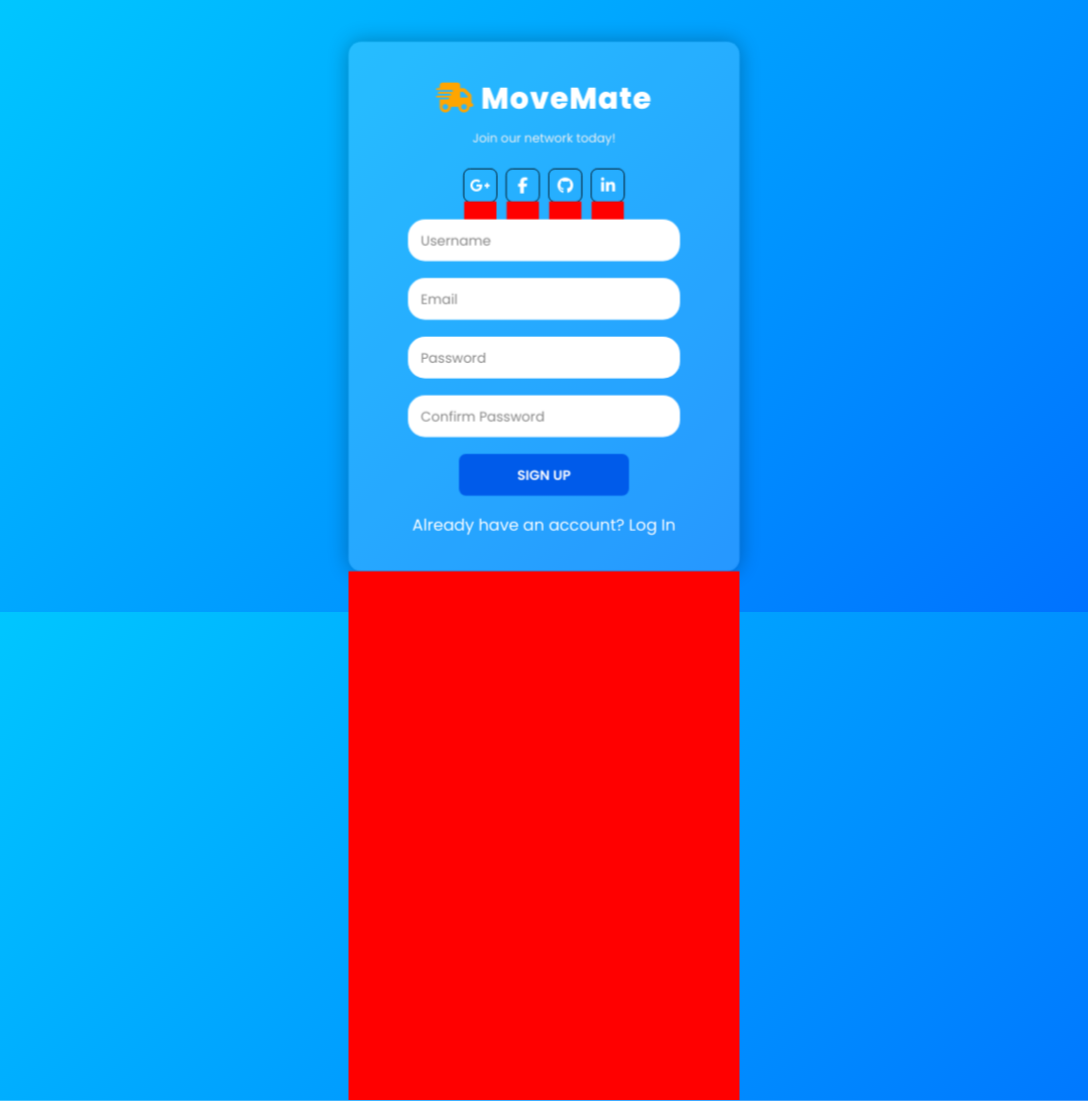
Repository: MoveMate7018/Slokdhorda7014
Page: registration.html
An editor plug-in stored every save of this project. The page is shown before and after the next save, followed by the edit.
The browser window is 1280 px wide. The pictures show the whole page, at 85% of full size.

Above is the page before, as saved 2025-10-27 15:06:59.

After the next save:
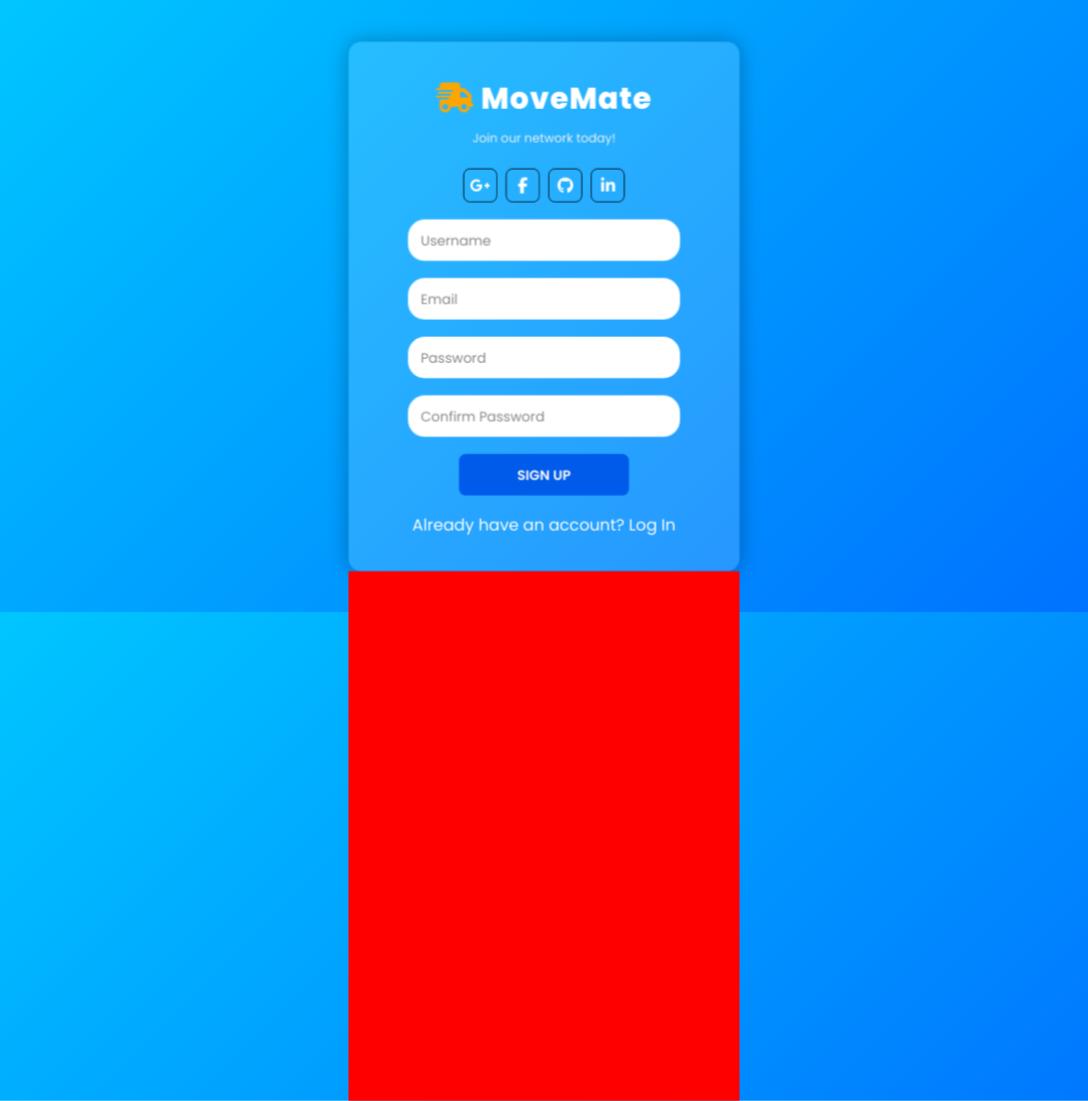
Saved 10 s later.
--- a/Assets/css/registration.css
+++ b/Assets/css/registration.css
@@ -229,7 +229,7 @@
   transform: rotateY(360deg);
 }
 
-a:before {
+form:before {
   content: "";
   position: absolute;
   top: 100%;

After the save that followed:
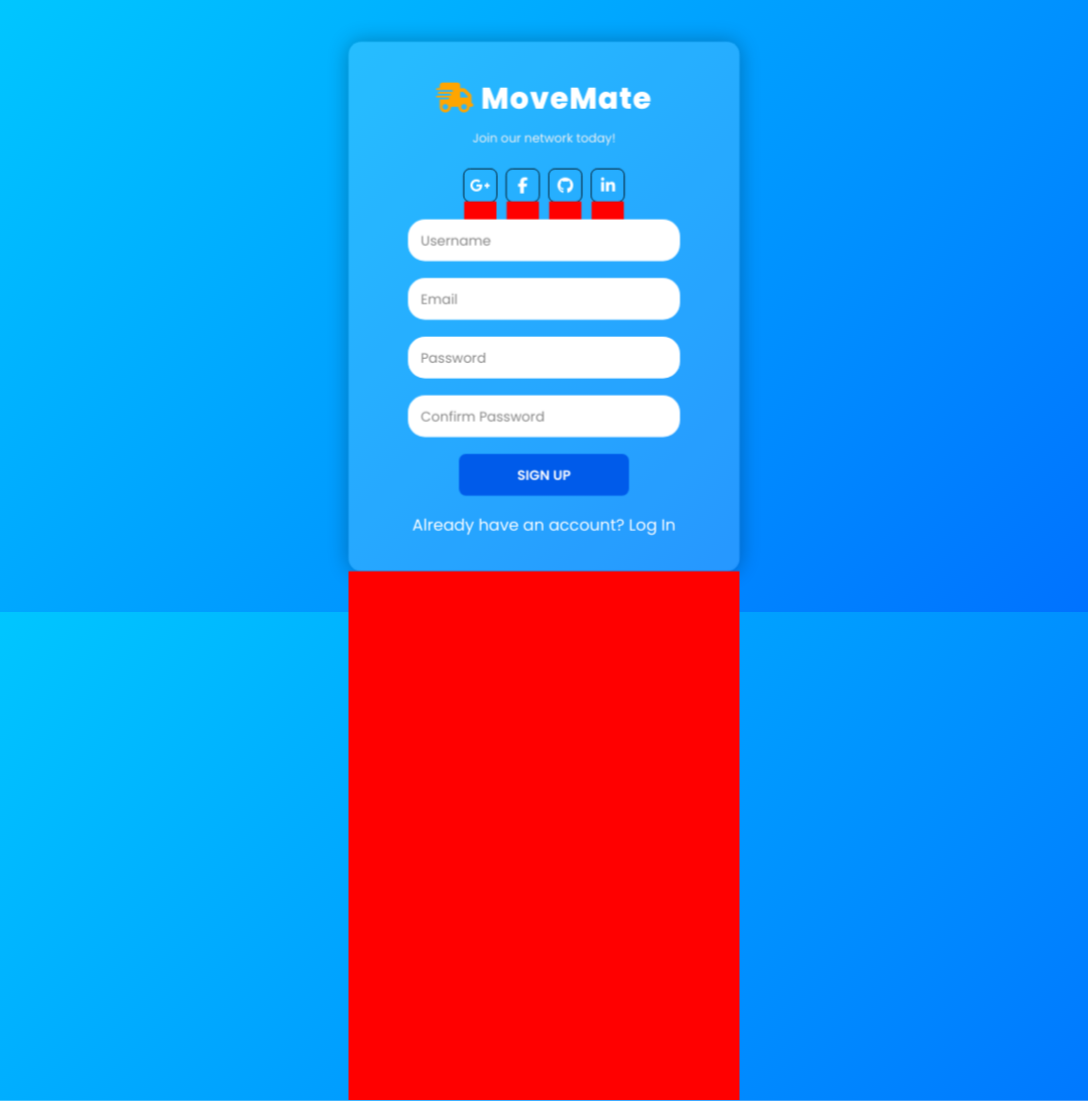
Saved 12 s later.
--- a/Assets/css/registration.css
+++ b/Assets/css/registration.css
@@ -229,7 +229,7 @@
   transform: rotateY(360deg);
 }
 
-form:before {
+form a:before {
   content: "";
   position: absolute;
   top: 100%;
